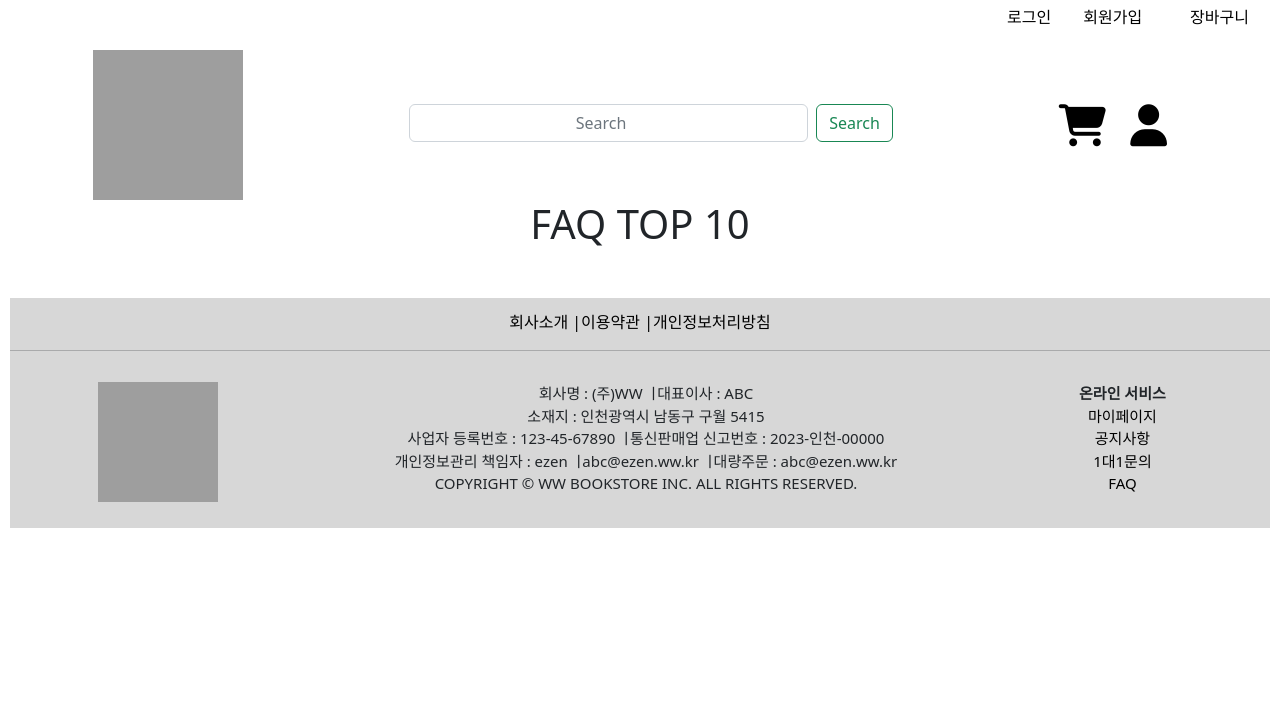
Repository: bongbongi/book1
Page: http://localhost/book/WEB-INF/views/board/boardFaq.jsp
The author's editor kept a copy of each file at every save. The page is drawn from the files as they stood at one save, then again after the next save.
The browser window is 1280 px wide. The pictures show the whole page.
Pictures or frames that could not be fetched are drawn as grey boxes. Some web libraries are served in a nearby version. The page is served by Tomcat 9. Nobody is signed in. Other server files are loaded and not shown. The template is opened directly, without the code that normally fills it, so the values that code supplies are empty.

Above is the page before, as saved 2023-01-07 08:24:47.

### book/src/main/webapp/WEB-INF/views/board/boardFaq.jsp
<%@ page language="java" contentType="text/html; charset=UTF-8" pageEncoding="UTF-8"%>
<%@ taglib uri="http://java.sun.com/jsp/jstl/core" prefix="c"%>
<!DOCTYPE html>
<html>
<head>
<meta charset="UTF-8">
<title>Insert title here</title>
<link href="https://cdn.jsdelivr.net/npm/bootstrap@5.2.3/dist/css/bootstrap.min.css" rel="stylesheet" integrity="sha384-rbsA2VBKQhggwzxH7pPCaAqO46MgnOM80zW1RWuH61DGLwZJEdK2Kadq2F9CUG65" crossorigin="anonymous">
<script src="https://cdn.jsdelivr.net/npm/bootstrap@5.2.3/dist/js/bootstrap.bundle.min.js" integrity="sha384-kenU1KFdBIe4zVF0s0G1M5b4hcpxyD9F7jL+jjXkk+Q2h455rYXK/7HAuoJl+0I4" crossorigin="anonymous"></script>
<style>
*{
	text-align: center;
}
.accordion-flush {
	margin: 50px auto;
	width: 500px;

}
.accordion-body{
	text-align: left;
}
</style>
</head>
<body>
	<jsp:include page="../layout/header.jsp"></jsp:include>
	<h1>FAQ TOP 10</h1>
	<div class="accordion accordion-flush" id="accordionFlushExample">
		<c:forEach items="${li }" var="faq" varStatus="i" begin="0" end="9">
			<div class="accordion-item">
				<h2 class="accordion-header" id="flush-heading${i.count }">
					<button class="accordion-button collapsed" type="button" data-bs-toggle="collapse" data-bs-target="#flush-collapse${i.count }" aria-expanded="false" aria-controls="flush-collapse${i.count }">${i.count} ${faq.faq_question }</button>
				</h2>
				<div id="flush-collapse${i.count }" class="accordion-collapse collapse" aria-labelledby="flush-heading${i.count }" data-bs-parent="#accordionFlushExample">
					<div class="accordion-body">${faq.faq_answer }</div>
				</div>
			</div>
		</c:forEach>
	</div>
	<jsp:include page="../layout/footer.jsp"></jsp:include>
</body>
</html>

### book/src/main/webapp/WEB-INF/views/layout/header.jsp
<%@ page language="java" contentType="text/html; charset=UTF-8"
    pageEncoding="UTF-8"%>
<%@ taglib uri="http://java.sun.com/jsp/jstl/core" prefix="c"%>
<!-- CSS only -->
<link href="https://cdn.jsdelivr.net/npm/bootstrap@5.2.2/dist/css/bootstrap.min.css"
rel="stylesheet" integrity="sha384-Zenh87qX5JnK2Jl0vWa8Ck2rdkQ2Bzep5IDxbcnCeuOxjzrPF/et3URy9Bv1WTRi"
crossorigin="anonymous">
<!DOCTYPE html>
<html>
<head>
<script src="https://kit.fontawesome.com/92e616dfba.js" crossorigin="anonymous"></script>
<meta charset="UTF-8">
<title>Insert title here</title>
<style>
body{
}
.header{
    margin:0 auto;
    width: 1260px;
    height: 200px;
   /*  background-color: pink; */
}
.menu{
	display: flex;
	justify-content: flex-end;
	padding:5px;

}
.logo{
    width: 150px;
    height: 150px;
    background-color: blue;
}
.logo>a>img{
 	width: 150px;
    height: 150px;
}
.searchBar{
	/* position:absolute; */
    width: 484px;
    height: 42px;
    /* background-color: gold; */
    margin-top:54px;
    border-radius: 30px;

}
.bar{

	height: 150px;
	display: flex;
	flex-direction: row;
	flex-wrap:nowrap;
	justify-content:space-around;
/* 	align-items: baseline; */


}
i{
    font-size: 42px;
    color: black;
    margin-top:54px;
    margin-right: 20px;
}
</style>
</head>
<body>

<div class="header">
    <div class="menu">
        <c:if test="${ses.mem_id ==null}">
        <ul><a href="/mem/loginPage">로그인</a></ul>
        <ul><a href="/mem/joinPage">회원가입</a></ul>
        </c:if>
        <c:if test="${ses.mem_id == 'admin' }">
        <ul><a href="/mem/logOut">로그아웃</a></ul>
        <ul><a href="/mem/adminpage">관리인페이지</a></ul>
        </c:if>
        <c:if test="${ses.mem_id !=null && ses.mem_id !='admin' }">
        <ul><a href="/mem/logOut">로그아웃</a></ul>
        <ul><a href="/mem/mypage">마이페이지</a></ul>
        </c:if>
        <ul><a href="#">장바구니　　</a></ul>
    </div>
    <div class="bar">
	    <div class="logo">
			<a href="/"><img src="./resources/img/logo.jpg" alt="로고"></a>
	    </div>
			<div class="searchBar">
				<form class="d-flex" role="search">
			        <input class="form-control me-2" type="search" placeholder="Search" aria-label="Search">
			        <button class="btn btn-outline-success" type="submit">Search</button>
		        </form>
			</div>
	    <div class="icons">
			<a href=""><i class="fa-solid fa-cart-shopping"></i></a>
            <a href=""><i class="fa-solid fa-user"></i></a>
	    </div>
    </div>
</div>
</body>
</html>

### book/src/main/webapp/WEB-INF/views/layout/footer.jsp
<%@ page language="java" contentType="text/html; charset=UTF-8"
	pageEncoding="UTF-8"%>
<!DOCTYPE html>
<html>
<head>
<meta charset="UTF-8">
<title>Insert title here</title>
<style>
.footer {
	width: 1260px;
	height: 230px;
	background-color: rgba(175, 175, 175, 0.5);
	margin: 0 auto;
}

.footer-logo {

	width: 120px;
	height: 120px;
	background-color: beige;
}
.footer-logo>img{
	width: 120px;
	height: 120px;
}

.address-box {
	text-align: left;
	padding: 0;
	margin: 0;
}

.address {
	padding: 15px;
	height: 150px;
	display: flex;
	font-size: 15px;
	/* align-items: baseline; */
	flex-direction: row;
	flex-wrap: nowrap;
	justify-content: space-around;
}

ul {
	list-style: none;
}

.footer, .address li {

}

.footer-top {
	text-align: center;
	padding-top: 12px;
}

.footer-top>ul {
	margin: 0;
	padding: 0;
	display: flex;
	justify-content: center;
}

.footer-top>li {
	margin: 0;
	padding: 0;
}

a {
	text-decoration-line: none;
	color: black;
}

a:visited {
	text-decoration: none;
}

a:hover {
	text-decoration: none;
}

a:focus {
	text-decoration: none;
}

a:hover, a:active {
	text-decoration: none;
}

.online-serviceBar {
	padding: 0px;
	margin-left: 20px;
	width: 120px;
	height: 120px;
}

.online-serviceBar>ul {
	margin: 0px;
	padding: 0px;
}

</style>

</head>

<body>
	<div class="footer">
		<div class="footer-top">
			<ul>
				<li><a href="">회사소개 | </a></li>
				<li><a href="">이용약관 | </a></li>
				<li><a href="">개인정보처리방침</a></li>
			</ul>
		</div>
		<hr>
		<div class="address">
			<div class="footer-logo">
				<img src="./resources/img/logo.jpg" alt="로고">
			</div>
			<div class="address-box">
				<ul>
					<li>회사명 : (주)WW <span style="margin-right: -7px;">ㅣ</span>
						대표이사 : ABC
					</li>

					<li>소재지 : 인천광역시 남동구 구월 5415</li>
					<li>사업자 등록번호 : 123-45-67890 <span style="margin-right: -7px;">ㅣ</span>
						통신판매업 신고번호 : 2023-인천-00000
					</li>

					<li>개인정보관리 책임자 : ezen <span style="margin-right: -7px;">ㅣ</span>
						abc@ezen.ww.kr <span style="margin-right: -7px;">ㅣ</span> 대량주문 :
						abc@ezen.ww.kr
					</li>

					<li>COPYRIGHT © WW BOOKSTORE INC. ALL RIGHTS RESERVED.</li>

				</ul>

			</div>
			<div class="online-serviceBar">
				<strong>온라인 서비스</strong>
				<ul>
					<li><a href="">마이페이지</a></li>
					<li><a href="">공지사항</a></li>
					<li><a href="">1대1문의</a></li>
					<li><a href="">FAQ</a></li>
				</ul>
			</div>
		</div>
	</div>

</body>
</html>

After the next save:
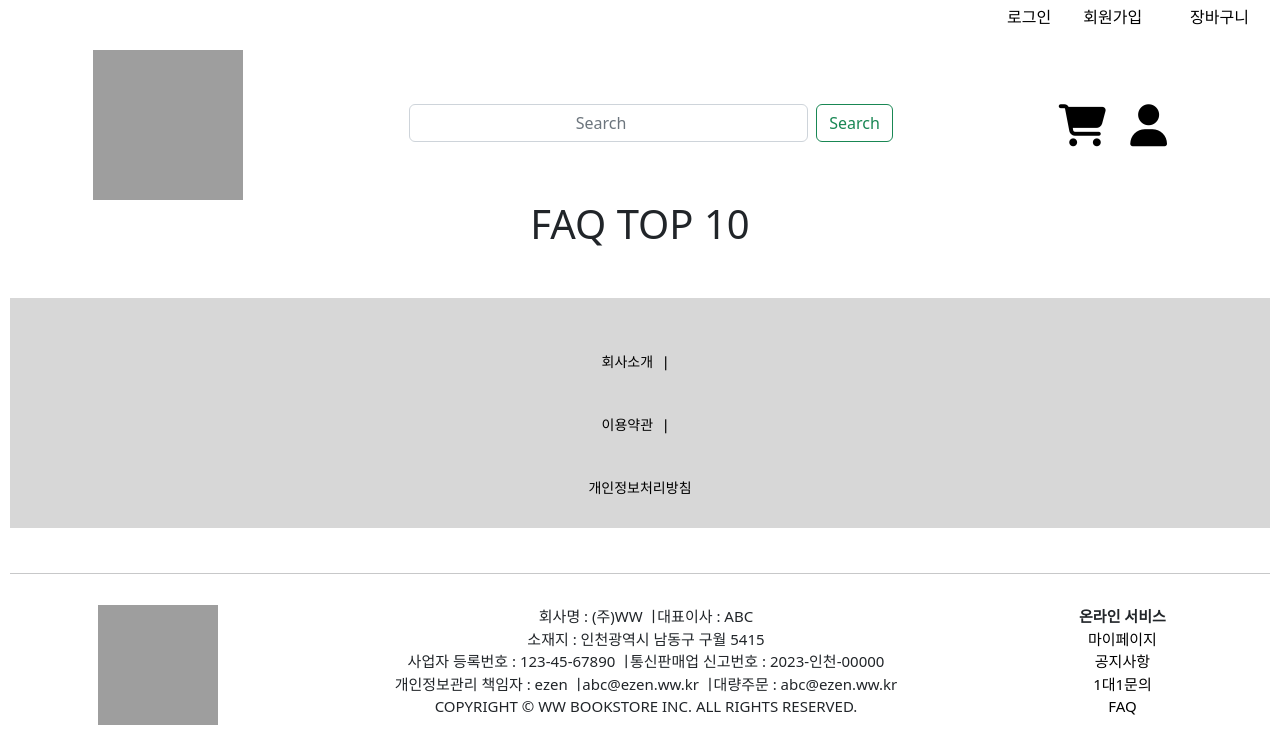
Saved 5 h 48 min later.
--- a/book/src/main/webapp/WEB-INF/views/layout/footer.jsp
+++ b/book/src/main/webapp/WEB-INF/views/layout/footer.jsp
@@ -107,9 +107,11 @@
 	<div class="footer">
 		<div class="footer-top">
 			<ul>
-				<li><a href="">회사소개 | </a></li>
-				<li><a href="">이용약관 | </a></li>
-				<li><a href="">개인정보처리방침</a></li>
+				<pre>
+					<li><a href="">회사소개 | </a></li>
+					<li><a href="">이용약관 | </a></li>
+					<li><a href="">개인정보처리방침</a></li>
+				</pre>
 			</ul>
 		</div>
 		<hr>

After the save that followed:
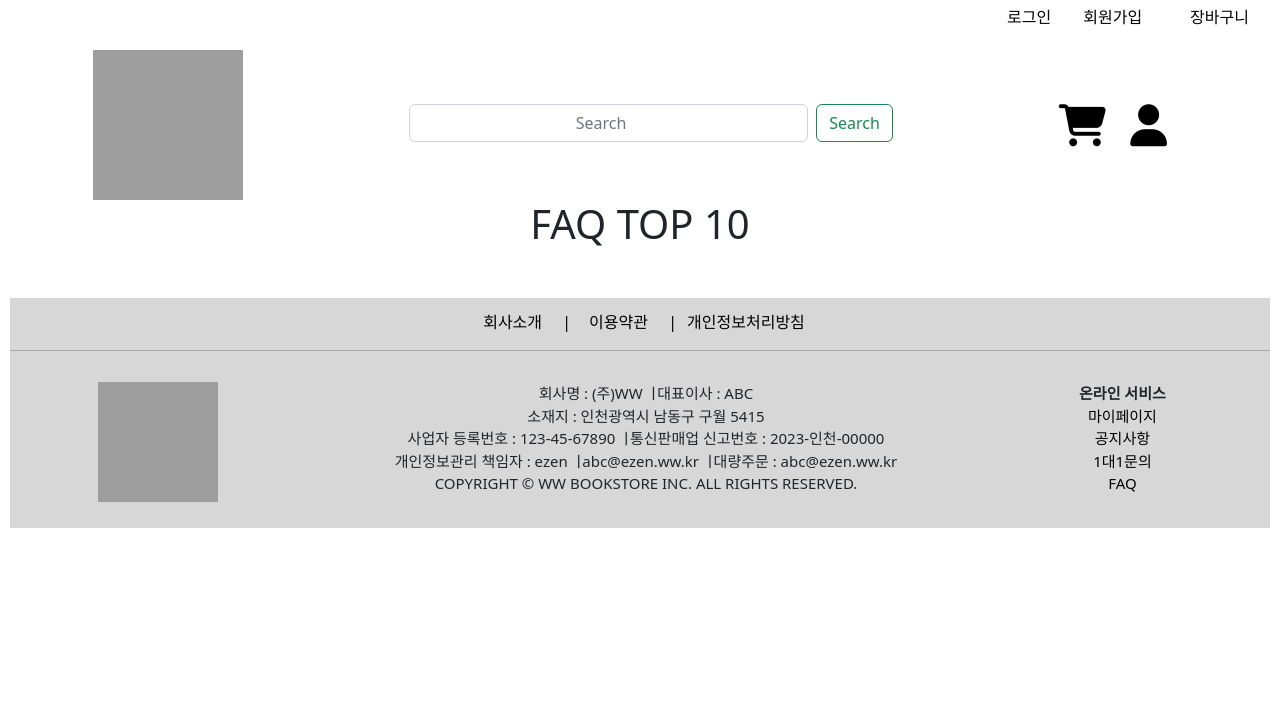
Saved 33 s later.
--- a/book/src/main/webapp/WEB-INF/views/layout/footer.jsp
+++ b/book/src/main/webapp/WEB-INF/views/layout/footer.jsp
@@ -107,11 +107,9 @@
 	<div class="footer">
 		<div class="footer-top">
 			<ul>
-				<pre>
-					<li><a href="">회사소개 | </a></li>
-					<li><a href="">이용약관 | </a></li>
-					<li><a href="">개인정보처리방침</a></li>
-				</pre>
+				<li><a href="">회사소개 　|　 </a></li>
+				<li><a href="">이용약관 　| 　</a></li>
+				<li><a href="">개인정보처리방침</a></li>
 			</ul>
 		</div>
 		<hr>
